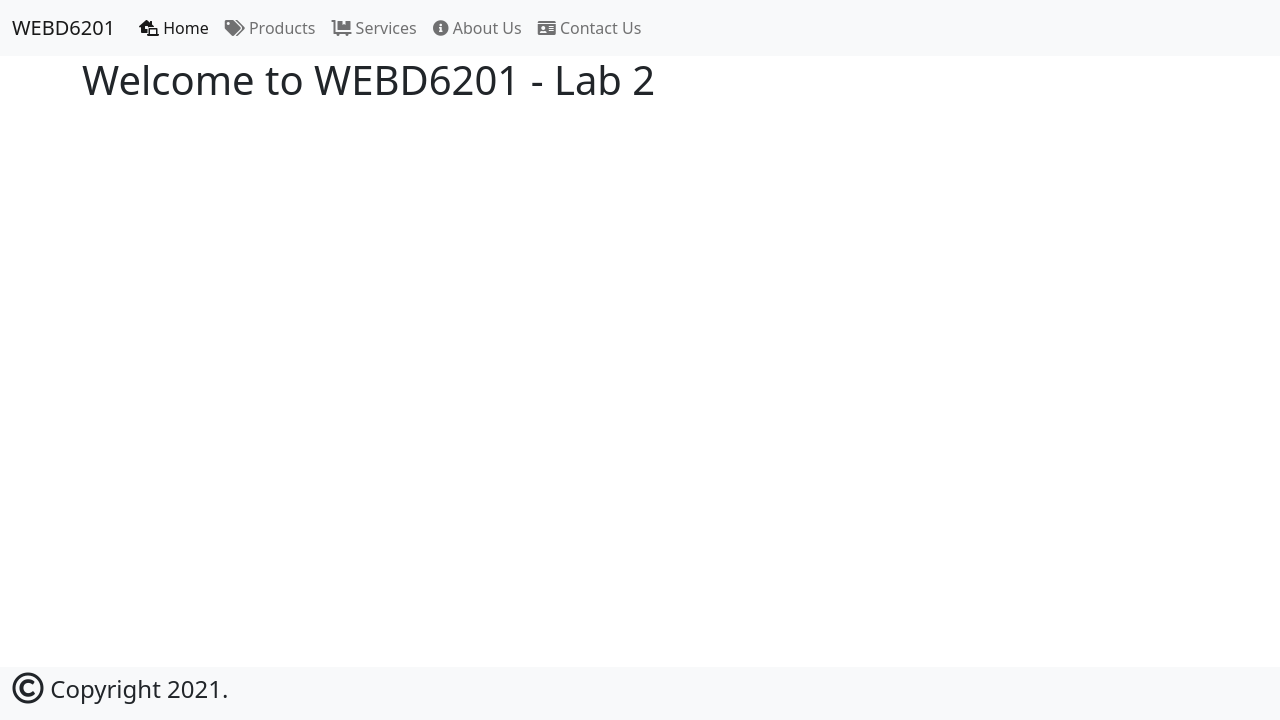
Repository: MuzhdaEhsan/WEBD6201-W2021-Lab1
Page: index.html
An editor plug-in stored every save of this project. The page is shown before and after the next save, followed by the edit.
The browser window is 1280 px wide. The pictures show the whole page.

Above is the page before, as saved 2021-02-05 18:08:42.

### index.html
<!DOCTYPE html>
<html lang="en">
<head>
    <meta charset="UTF-8">
    <meta name="viewport" content="width=device-width, initial-scale=1.0">
    <title>Home</title>
    <!-- CSS Section -->
    <link rel="stylesheet" href="./node_modules/bootstrap/dist/css/bootstrap.min.css">
    <link rel="stylesheet" href="./node_modules/@fortawesome/fontawesome-free/css/all.min.css">
    <link rel="stylesheet" href="./Content/app.css">
</head>
<body>
    <!-- Main Header -->
    <header>

        <!-- Main Navigation -->
        <nav class="navbar navbar-expand-lg navbar-light bg-light">
            <div class="container-fluid">
              <a class="navbar-brand" href="index.html">WEBD6201</a>
              <button class="navbar-toggler" type="button" data-bs-toggle="collapse" data-bs-target="#navbarSupportedContent" aria-controls="navbarSupportedContent" aria-expanded="false" aria-label="Toggle navigation">
                <span class="navbar-toggler-icon"></span>
              </button>
              <div class="collapse navbar-collapse" id="navbarSupportedContent">
                <ul class="navbar-nav me-auto mb-2 mb-lg-0">
                  <li class="nav-item">
                    <a class="nav-link active" aria-current="page" href="index.html"><i class="fas fa-laptop-house"></i> Home</a>
                  </li>

                  <li class="nav-item">
                    <a class="nav-link" aria-current="page" href="projects.html"><i class="fas fa-tags"></i> Products</a>
                  </li>

                  <li class="nav-item">
                    <a class="nav-link" aria-current="page" href="services.html"><i class="fas fa-dolly-flatbed"></i> Services</a>
                  </li>

                  <li class="nav-item">
                    <a class="nav-link" aria-current="page" href="about.html"><i class="fas fa-info-circle"></i> About Us</a>
                  </li>

                  <li class="nav-item">
                    <a class="nav-link" aria-current="page" href="contact.html"><i class="fas fa-id-card"></i> Contact Us</a>
                  </li>
                </ul>
              </div>
            </div>
          </nav>

    </header>

    <!-- Main Content -->
    <main class="container">
        <h1></h1>
        <p id="paragraphOne"></p>
        <div id="myDiv"></div>
        document.body.style.background = "#f3f3f3 url('img_tree.png') no-repeat right top";
    </main>

    <!-- Main Footer -->
    <footer>
        <nav class="navbar fixed-bottom navbar-light bg-light">
            <div class="container-fluid">
              <h4><i class="far fa-copyright fa-lg"></i> Copyright 2021.</h4>
            </div>
          </nav>
    </footer>

    <!-- Script Section-->
    <script src="./node_modules/jquery/dist/jquery.min.js"></script>
    <script src="./node_modules/bootstrap/dist/js/bootstrap.bundle.min.js"></script>
    <script src="./Scripts/app.js"></script>
</body>
</html>

### Scripts/app.js
/*
@author: Muzhda Ehsan
@date: 27-Jan-2021
*/
/* custom JavaScript goes here */

//IIFE - Immediately Invoked Function Expression
//AKA - Anonymous Self-Executing Function
//Closure - limits scope leak

"use strict";

let myContact =
{
  "firstName":"Muzhda",
  "contactNumber":"234234",
  "emailAddress":"muzhda@gmail.com",
  "saysHello":function()
  {
    console.log(`${fullName} says Hello`);
  },
  "someOtherObject": {
    "friendsList": [
      "Peter Parker", "Tony Stark", "Stephen Strange"
    ]
  }
};


(function()
{
    function displayHome()
    {
        let paragraphOneText =
          "This is a simple site to demonstrate DOM Manipulation for ICE 1";

        let paragraphOneElement = document.getElementById("paragraphOne");

        paragraphOneElement.textContent = paragraphOneText;
        paragraphOneElement.className = "fs-5";

        // Step 1. document.createElement
        let newParagraph = document.createElement("p");
        // Step 2. configure the element
        newParagraph.setAttribute("id", "paragraphTwo");
        newParagraph.textContent = "...And this is paragraph two";
        // Step 3. select the parent element
        let mainContent = document.getElementsByTagName("main")[0];
        // Step 4. Add / Insert the element
        mainContent.appendChild(newParagraph);

        newParagraph.className = "fs-6";

        // another way of injecting content
        let paragraphDiv = document.createElement("div");
        let paragraphThree = `<p id="paragraphThree" class="fs-7 fw-bold">And this is the Third Paragraph</p>`;
        paragraphDiv.innerHTML = paragraphThree;

        // insertions

        // example of inserting before a node
        newParagraph.before(paragraphDiv);

        // example of inserting after a node
        newParagraph.after(paragraphDiv);

        // deletions

        // example of removing a single element
        //paragraphOneElement.remove();

        // example of removeChild
        //mainContent.removeChild(paragraphOneElement);

        // update / modification
        //mainContent.firstElementChild.textContent = "Welcome Home!";

        mainContent.innerHTML = `<h1 id="firstHeading">Welcome to WEBD6201 - Lab 2</h1>


        `;


    }

    function displayAbout()
    {

    }

    function displayProjects()
    {

    }

    function displayServices()
    {

    }

    function displayContact()
    {
        let messageArea = document.getElementById("messageArea");
        messageArea.hidden = true;

        // form validation
        let fullName = document.getElementById("fullName");
        fullName.addEventListener("blur", function() {
            if(fullName.value.length < 2)
            {
                fullName.focus();
                fullName.select();
                messageArea.hidden = false;
                messageArea.className = "alert alert-danger";
                messageArea.textContent = "Please enter an appropriate Name";
            }
            else
            {
                messageArea.removeAttribute("class");
                messageArea.hidden = true;
            }
        });

        let sendButton = document.getElementById("sendButton");
        sendButton.addEventListener("click", function(event){
           // event.preventDefault();

            let contact = new Contact(fullName.value, contactNumber.value, emailAddress.value);

            if(contact.serialize())
            {
              localStorage.setItem((localStorage.length + 1).toString(), contact.serialize());

            }

            //console.log(contact.toString());
            //console.log(contact.serialize());
        });
    }

    function displayContactList()
    {
      if (localStorage.length > 0)
      {
        let contactList = document.getElementById("contactList");

        let data = "";

        for (let index = 0; index < localStorage.length; index++)
        {
          let contactData = localStorage.getItem((index + 1).toString());

          console.log(contactData);
          let contact = new Contact();
          contact.deserialize(contactData);

          data += `<tr>
          <th scope="row">${index + 1}</th>
          <td>${contact.FullName}</td>
          <td>${contact.ContactNumber}</td>
          <td>${contact.EmailAddress}</td>
        </tr>`;
        }

        contactList.innerHTML = data;
      }


    }

    function Start()
    {
        console.log("App Started...");

        switch (document.title)
        {
          case "Home":
              displayHome();
            break;
          case "About":
              displayAbout();
            break;
          case "Projects":
              displayProjects();
            break;
          case "Services":
              displayServices();
            break;
          case "Contact":
              displayContact();
            break;
            case "Contact-List":
              displayContactList();
            break;
        }

    }

    window.addEventListener("load", Start);

})();

Loaded but not shown: node_modules/bootstrap/dist/css/bootstrap.min.css (library); node_modules/@fortawesome/fontawesome-free/css/all.min.css (library); Content/app.css (common file); node_modules/jquery/dist/jquery.min.js (library); node_modules/bootstrap/dist/js/bootstrap.bundle.min.js (library)

After the next save:
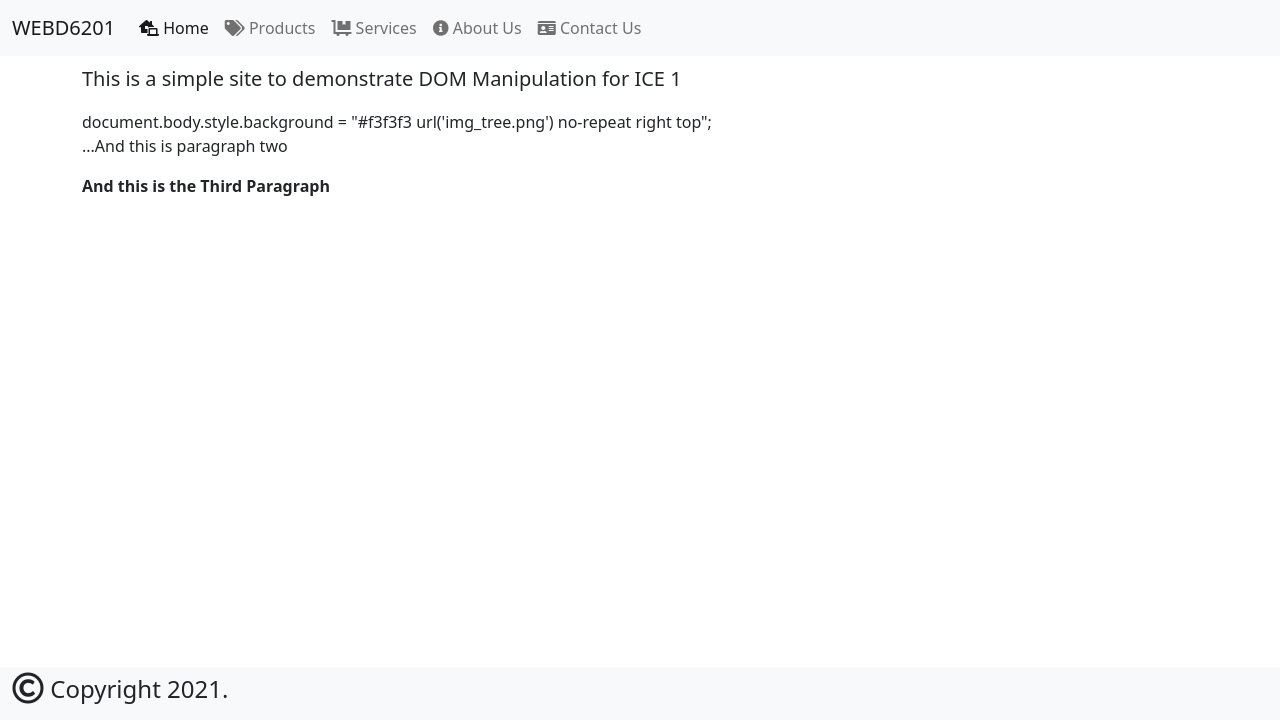
Saved 33 s later.
--- a/Scripts/app.js
+++ b/Scripts/app.js
@@ -75,10 +75,7 @@
         // update / modification
         //mainContent.firstElementChild.textContent = "Welcome Home!";
 
-        mainContent.innerHTML = `<h1 id="firstHeading">Welcome to WEBD6201 - Lab 2</h1>
-
-
-        `;
+        //mainContent.innerHTML = `<h1 id="firstHeading">Welcome to WEBD6201 - Lab 2</h1>`;
 
 
     }
